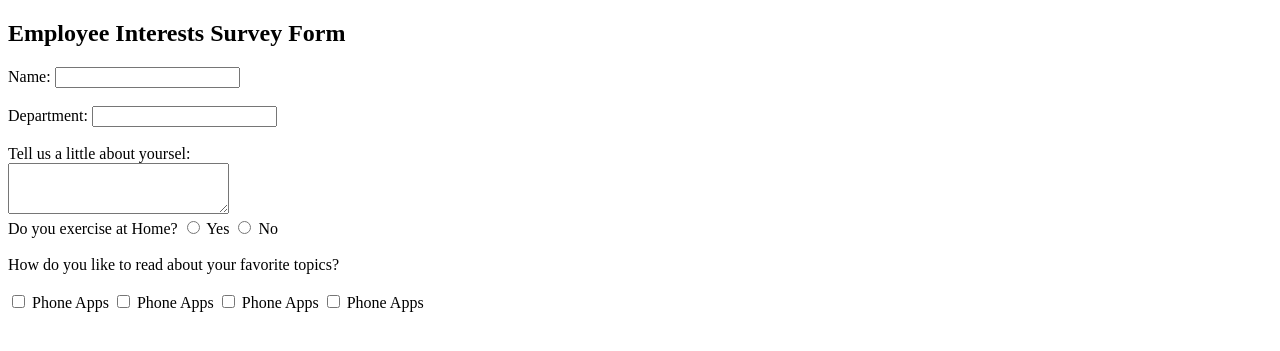
Repository: JoaoLemesDEV/Exercise-Survey-Form
Page: index.html
These files come from the project's save history. The page is drawn as it stood at one moment and after the next save; the edit follows.
The browser window is 1280 px wide. The pictures show the whole page.

Above is the page before, as saved 2021-10-10 18:28:40.

### index.html
<!DOCTYPE html>
<html lang="en">
<head>
  <meta charset="UTF-8">
  <meta http-equiv="X-UA-Compatible" content="IE=edge">
  <meta name="viewport" content="width=device-width, initial-scale=1.0">
  <title>Survey Form</title>
</head>
<body>
  <h2>Employee Interests Survey Form</h2>
  <label for="name">Name: </label>
  <input type="text" name="name" id=""><br><br>
  <label for="dep">Department:</label>
  <input type="text" name="dep" id=""><br><br>
  <label for="comment">Tell us a little about yoursel:</label><br>
  <textarea name="comment" id="comment" cols="25" rows="3"></textarea><br>
  <label for="question01">Do you exercise at Home?</label>
    <input type="radio" name="question01" id="question01">
      <label for="question01">Yes</label>
    <input type="radio" name="question01" id="question01">
      <label for="question01">No</label><br><br>
  <label for="">How do you like to read about your favorite topics?</label><br><br>
  <input type="checkbox" name="" id="">
    <label for="">Phone Apps</label>
  <input type="checkbox" name="" id="">
    <label for="">Phone Apps</label>
  <input type="checkbox" name="" id="">
    <label for="">Phone Apps</label>
  <input type="checkbox" name="" id="">
    <label for="">Phone Apps</label>
</body>
</html>

After the next save:
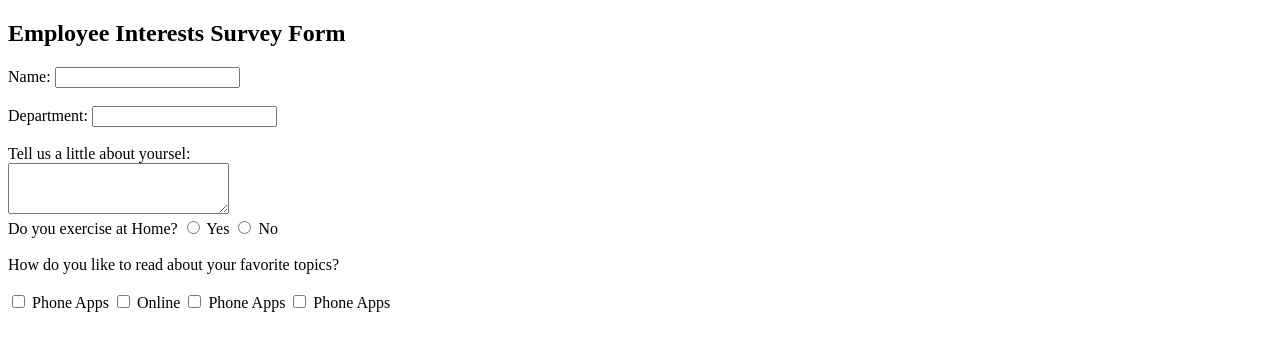
Saved 9 s later.
--- a/index.html
+++ b/index.html
@@ -23,7 +23,7 @@
   <input type="checkbox" name="" id="">
     <label for="">Phone Apps</label>
   <input type="checkbox" name="" id="">
-    <label for="">Phone Apps</label>
+    <label for="">Online</label>
   <input type="checkbox" name="" id="">
     <label for="">Phone Apps</label>
   <input type="checkbox" name="" id="">
